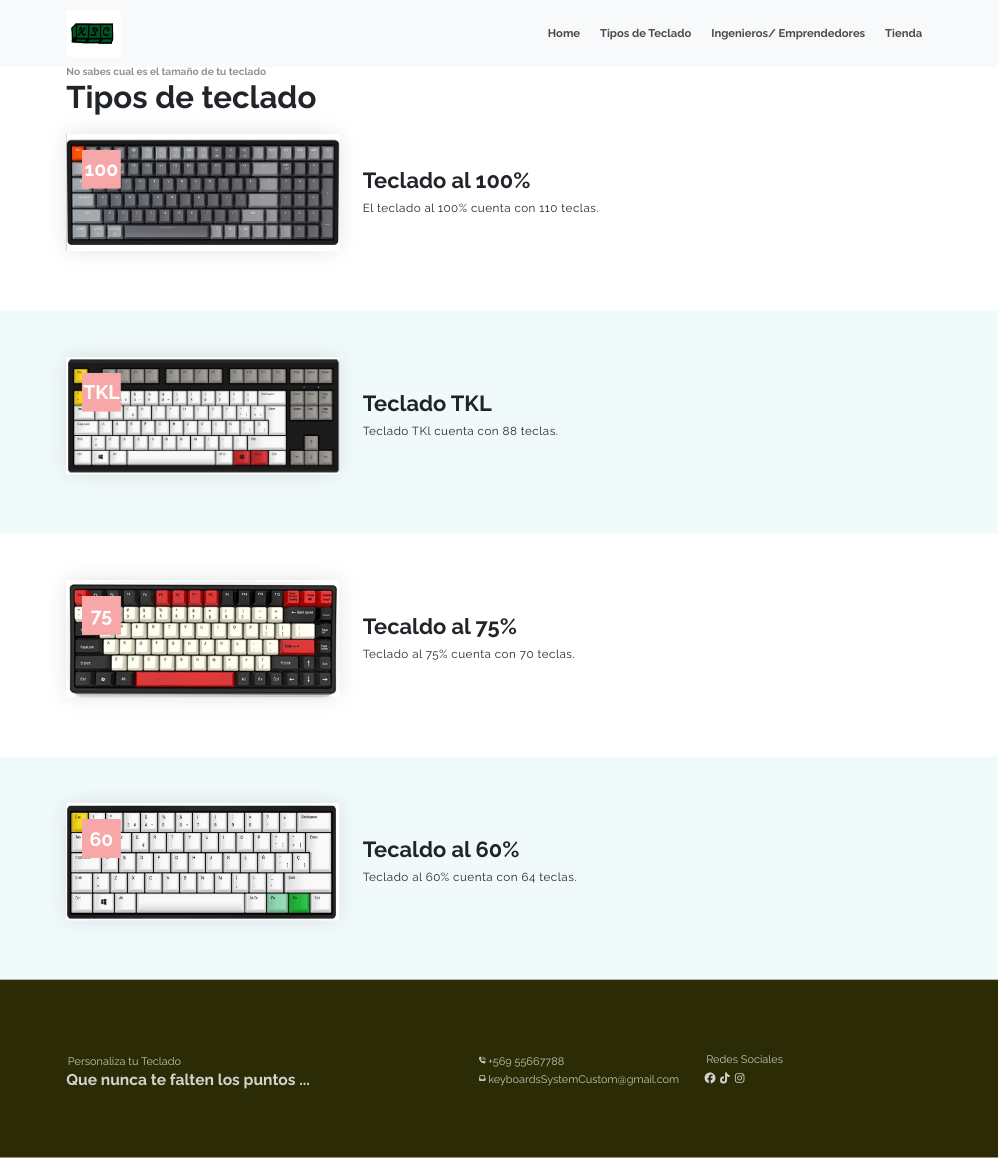
Repository: sebaqqq/customKeyboard
Page: /keyboardAbout
These files come from the project's save history. The page is drawn as it stood at one moment and after the next save; the edit follows.
The browser window is 1280 px wide. The pictures show the whole page, at 78% of full size.
The project was rebuilt for these pictures with package versions that can differ from the ones it lists, and the page was loaded fresh each time. The framework's server and built-in components were replaced by stand-ins that run in the browser. Also part of the build but not shown: next.config.js.

Above is the page before, as saved 2023-01-28 11:12:34.

After the next save:
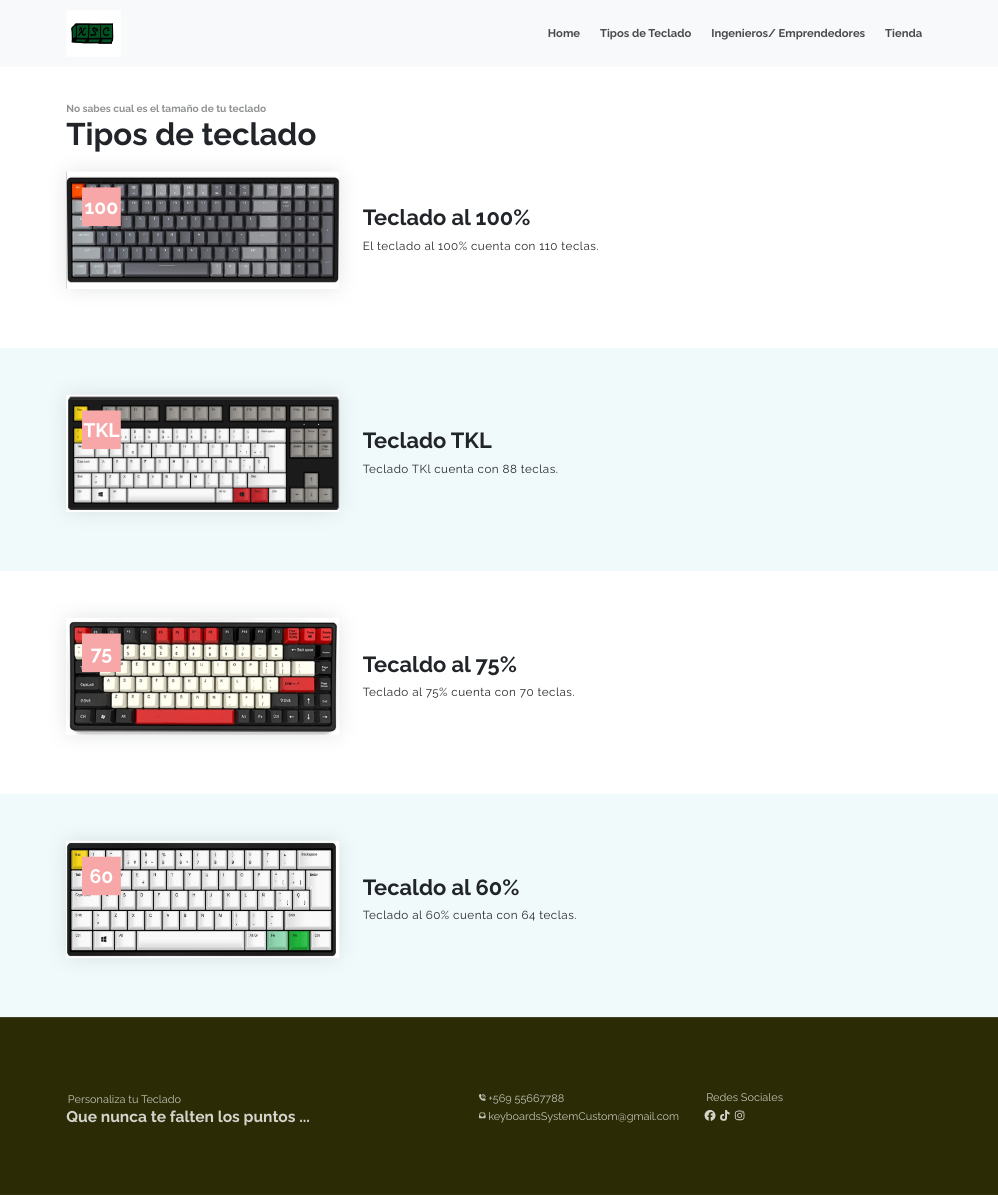
Saved 10 s later.
--- a/pages/keyboardAbout.js
+++ b/pages/keyboardAbout.js
@@ -11,7 +11,7 @@ const keyboardAboutPage = () => {
                 pagina= "Tipos de Teclado"
             >
                 <h6 className="xs-font mb-0"></h6>
-                <h1 className="section-title mb-4"></h1>
+                <h1 className="section-title mb-4">------</h1>
                 <section className="section" id="blog">
                     <div className="container mb-3">
                         <h6 className="xs-font mb-0">No sabes cual es el tamaño de tu teclado</h6>
